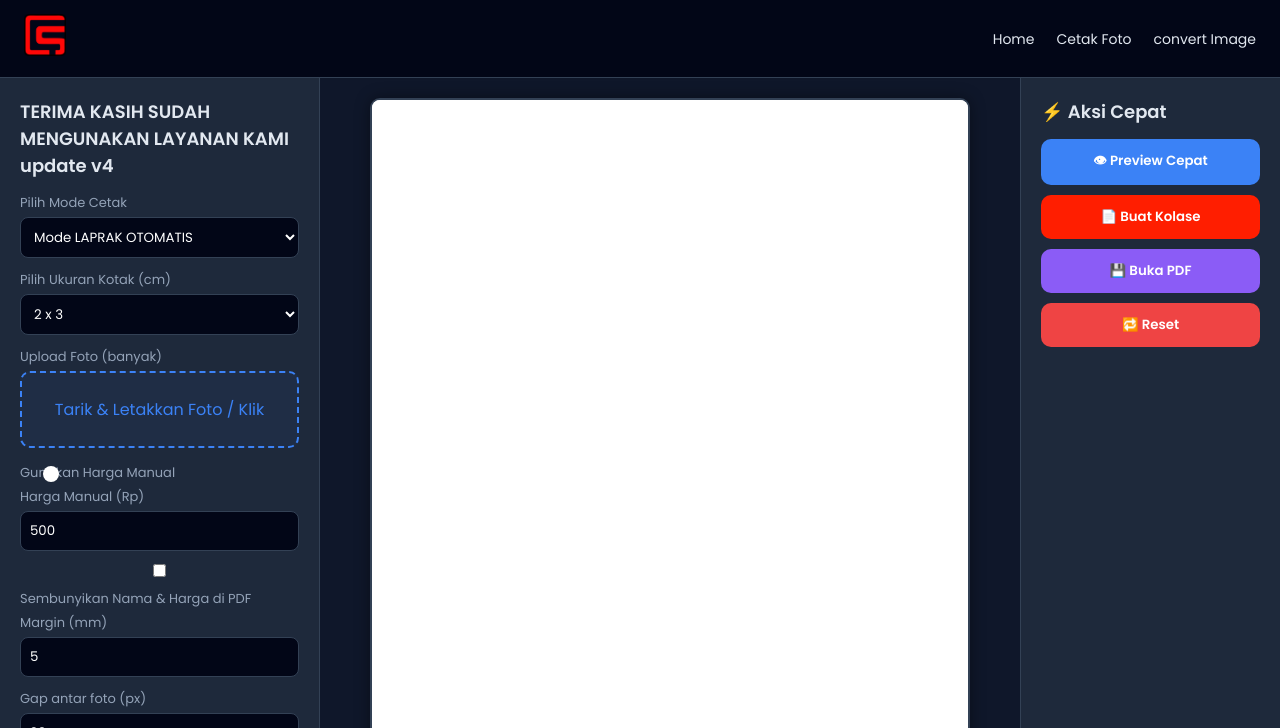
Repository: procinema22/hiisedulurfc
Page: hesedulur-main/cetakfoto.html
These files come from the project's save history. The page is drawn as it stood at one moment and after the next save; the edit follows.
The browser window is 1280 px wide. The pictures show the whole page.
An inner scrolling area shows only its first screen.

Above is the page before, as saved 2026-04-24 00:11:53.

After the next save:
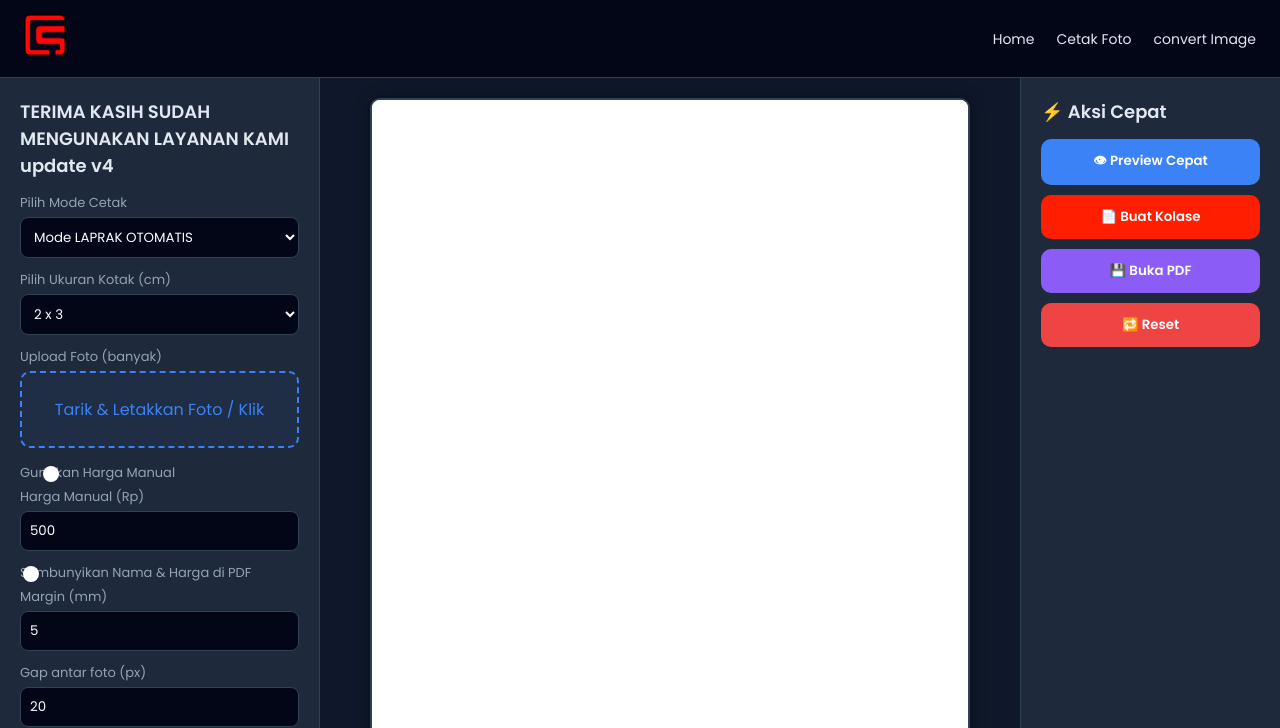
Saved 6 s later.
--- a/hesedulur-main/cetakfoto.html
+++ b/hesedulur-main/cetakfoto.html
@@ -91,9 +91,10 @@
   step="500">
     </div>
 
-    <label>
+    <label class="switch">
       <input type="checkbox" id="hideInfo">
-      Sembunyikan Nama & Harga di PDF
+      <span class="slider"></span>
+      <span class="label-text">Sembunyikan Nama & Harga di PDF</span>
     </label>
 
     <label>Margin (mm)</label>
